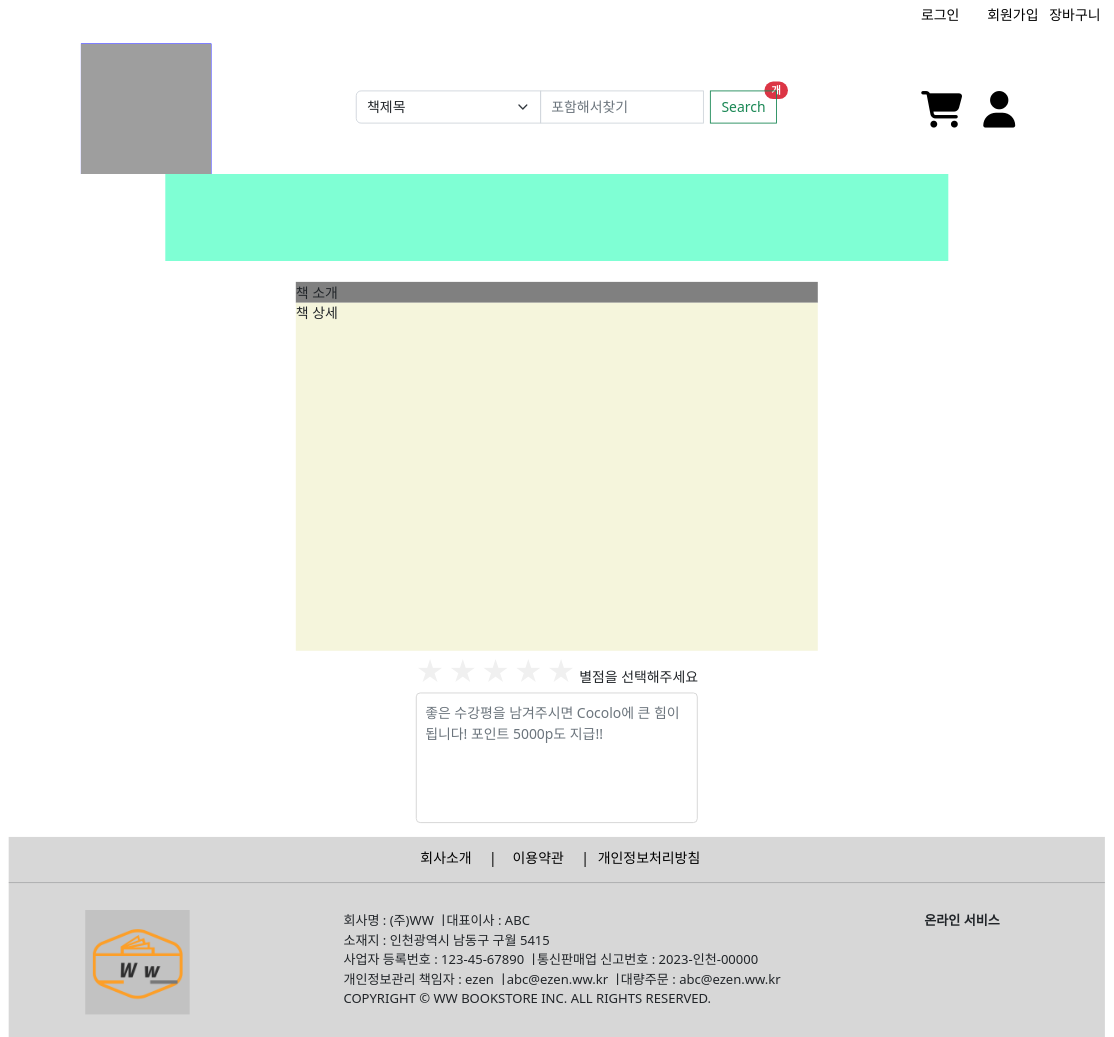
Repository: bongbongi/book1
Page: http://localhost/book/WEB-INF/views/book/bookDetailView.jsp
These files come from the project's save history. The page is drawn as it stood at one moment and after the next save; the edit follows.
The browser window is 1280 px wide. The pictures show the whole page, at 87% of full size.
Pictures or frames that could not be fetched are drawn as grey boxes. Some web libraries are served in a nearby version. The page is served by Tomcat 9. Nobody is signed in. The template is opened directly, without the code that normally fills it, so the values that code supplies are empty.

Above is the page before, as saved 2023-01-13 08:38:13.

After the next save:
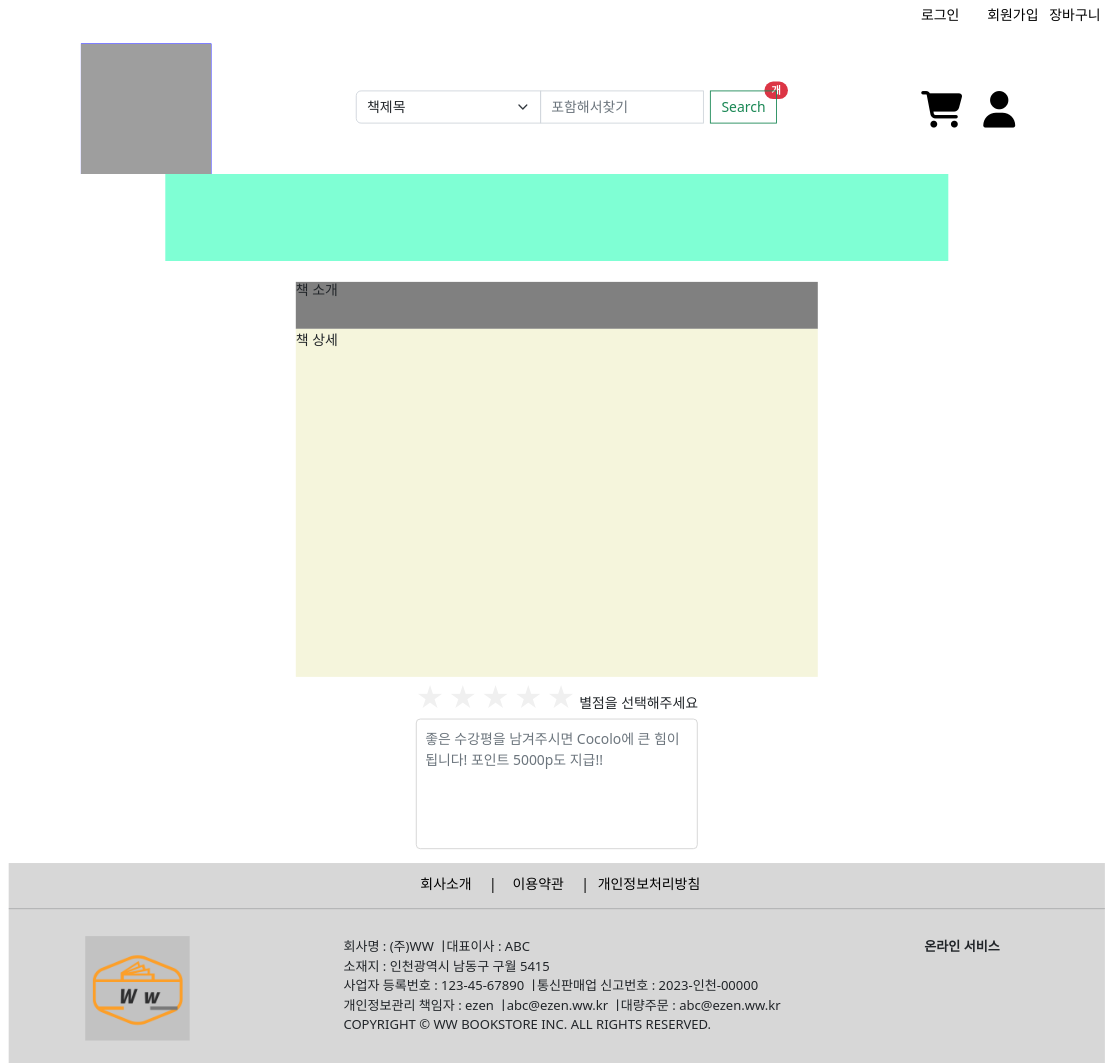
Saved 9 min 14 s later.
--- a/book/src/main/webapp/WEB-INF/views/book/bookDetailView.jsp
+++ b/book/src/main/webapp/WEB-INF/views/book/bookDetailView.jsp
@@ -10,6 +10,17 @@
 <link href="https://cdn.jsdelivr.net/npm/bootstrap@5.2.2/dist/css/bootstrap.min.css" rel="stylesheet" integrity="sha384-Zenh87qX5JnK2Jl0vWa8Ck2rdkQ2Bzep5IDxbcnCeuOxjzrPF/et3URy9Bv1WTRi" crossorigin="anonymous">
 <link href="/resources/css/bookDetailView.css" rel="stylesheet" />
 <style>
+.intro{
+    display:-webkit-box;
+    word-wrap:break-word;
+    -webkit-line-clamp:3;
+    -webkit-box-orient:vertical;
+    overflow:hidden;
+    text-overflow:ellipsis;
+    line-height:18px;
+    height:54px;
+    text-decoration:none;
+    }
 .bookDetail {
    display: flex;
    flex-direction: column;
